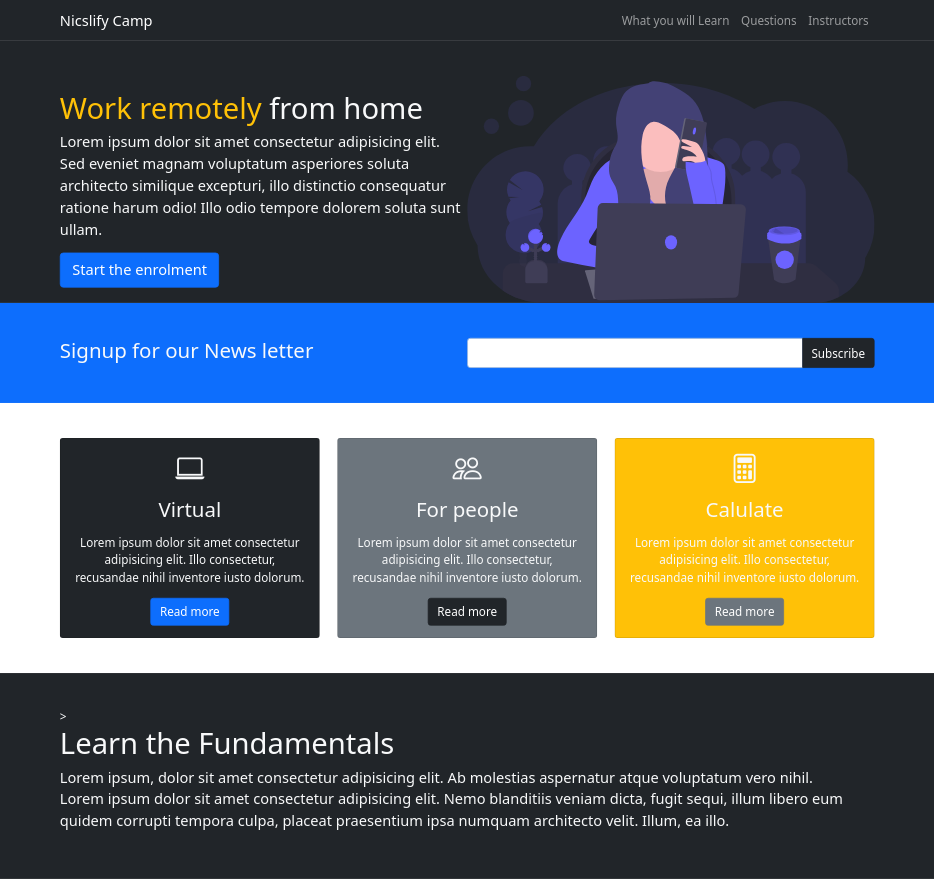
Repository: Eugene44-hub/enrollment-site
Page: index.html
An editor plug-in stored every save of this project. The page is shown before and after the next save, followed by the edit.
The browser window is 1280 px wide. The pictures show the whole page, at 73% of full size.
Some web libraries are served in a nearby version.

Above is the page before, as saved 2021-10-20 10:50:23.

### index.html
<!DOCTYPE html>
<html lang="en">

<head>
    <meta charset="UTF-8">
    <meta http-equiv="X-UA-Compatible" content="IE=edge">
    <meta name="viewport" content="width=device-width, initial-scale=1.0">
    <!-- CSS only -->
    <link href="https://cdn.jsdelivr.net/npm/bootstrap@5.1.3/dist/css/bootstrap.min.css" rel="stylesheet" integrity="sha384-1BmE4kWBq78iYhFldvKuhfTAU6auU8tT94WrHftjDbrCEXSU1oBoqyl2QvZ6jIW3" crossorigin="anonymous">
    <link rel="stylesheet" href="https://cdn.jsdelivr.net/npm/bootstrap-icons@1.6.1/font/bootstrap-icons.css">
    <link rel="stylesheet" href="style.css">
    <title>Bootstrap webpage</title>
</head>

<body>
    <!-- nav bar starts -->
    <nav class="navbar navbar-expand-md bg-dark navbar-dark">
        <div class="container">
            <a href="" class="navbar-brand">Nicslify Camp</a>

            <button class="navbar-toggler" type="button" data-bs-toggle='collapse' data-bs-target="#navmenu">
              <span class="navbar-toggler-icon"></span>
            </button>

            <div class="collapse navbar-collapse" id="navmenu">
                <ul class="navbar-nav ms-auto text-center text-sm-start">
                    <li class="nav-item">
                        <a href="#" class="nav-link">What you will Learn</a>
                    </li>
                    <li class="nav-item">
                        <a href="#" class="nav-link">Questions</a>
                    </li>
                    <li class="nav-item">
                        <a href="#" class="nav-link">Instructors</a>
                    </li>
                </ul>
            </div>
        </div>
    </nav>
    <!-- nav bar ends -->


    <!-- showCase starts -->
    <section class="bg-dark text-light text-center text-sm-start p-lg-0 pt-5 pb-5">
        <div class="container">
            <div class="d-md-flex pt-5 align-items-center">
                <div class="">
                    <div class="h1 "><span class="text-warning">Work remotely</span> from home</div>
                    <p class="lead">Lorem ipsum dolor sit amet consectetur adipisicing elit. Sed eveniet magnam voluptatum asperiores soluta architecto similique excepturi, illo distinctio consequatur ratione harum odio! Illo odio tempore dolorem soluta sunt ullam.</p>
                    <button class="btn btn-primary btn-lg ">Start the enrolment</button>
                </div>
                <img src="undraw_working_remotely_jh40.svg" class="image-fluid w-50 d-none d-md-block" alt="">
            </div>
        </div>
    </section>
    <!-- showCase ends -->

    <!-- signup starts -->
    <section class="bg-primary text-light p-5">
        <div class="container">
            <div class="d-md-flex justify-content-between">
                <p class="h3">Signup for our News letter</p>
                <div class="input-group" id="input-field">
                    <input type="text" class="form-control">
                    <button type="button" class="btn btn-dark">Subscribe</button>
                </div>
            </div>
        </div>
    </section>
    <!-- signup ends -->

    <!-- boxes starts -->
    <section class="my-5">
        <div class="container">
            <div class="row g-4">
                <div class="col-md">
                    <div class="card bg-dark text-center text-light ">
                        <div class="card-body">
                            <div class="h1 mb-3"><i class="bi bi-laptop"></i></div>
                            <div class="card-title h3 mb-3">Virtual</div>
                            <div class="card-text">
                                Lorem ipsum dolor sit amet consectetur adipisicing elit. Illo consectetur, recusandae nihil inventore iusto dolorum.
                            </div>
                            <a href="" class="btn btn-primary mt-3">Read more</a>
                        </div>
                    </div>


                </div>
                <div class="col-md">
                    <div class="card bg-secondary text-center text-light ">
                        <div class="card-body">
                            <div class="h1 mb-3"><i class="bi bi-people"></i></div>
                            <div class="card-title h3 mb-3">For people</div>
                            <div class="card-text">
                                Lorem ipsum dolor sit amet consectetur adipisicing elit. Illo consectetur, recusandae nihil inventore iusto dolorum.
                            </div>
                            <a href="" class="btn btn-dark mt-3">Read more</a>
                        </div>
                    </div>
                </div>
                <div class="col-md">
                    <div class="card bg-warning text-center text-light ">
                        <div class="card-body">
                            <div class="h1 mb-3"><i class="bi bi-calculator"></i></div>
                            <div class="card-title h3 mb-3">Calulate</div>
                            <div class="card-text">
                                Lorem ipsum dolor sit amet consectetur adipisicing elit. Illo consectetur, recusandae nihil inventore iusto dolorum.
                            </div>
                            <a href="" class="btn btn-secondary mt-3">Read more</a>
                        </div>
                    </div>
                </div>
            </div>
        </div>
    </section>
    <!-- boxes starts -->

    <!-- learn section starts -->
    <section class="bg-dark p-5 text-light ">
        <div class="container">
            <div class="row align-items-center">

                <div class="" <img src="frontend.svg" class="image-fluid w-50 col-md m-auto" alt=" ">></div>



                <div class="col-md mt-5 mt-md-0">
                    <h1>Learn the Fundamentals</h1>
                    <p class="lead">
                        Lorem ipsum, dolor sit amet consectetur adipisicing elit. Ab molestias aspernatur atque voluptatum vero nihil. <br> Lorem ipsum dolor sit amet consectetur adipisicing elit. Nemo blanditiis veniam dicta, fugit sequi, illum libero
                        eum quidem corrupti tempora culpa, placeat praesentium ipsa numquam architecto velit. Illum, ea illo.
                    </p>

                </div>
            </div>
        </div>
    </section>
    <!-- learn section ends -->
</body>
<!-- JavaScript Bundle with Popper -->
<script src="https://cdn.jsdelivr.net/npm/bootstrap@5.1.3/dist/js/bootstrap.bundle.min.js " integrity="sha384-ka7Sk0Gln4gmtz2MlQnikT1wXgYsOg+OMhuP+IlRH9sENBO0LRn5q+8nbTov4+1p " crossorigin="anonymous "></script>

</html>

### style.css
@media screen and (min-width:768px) {
    #input-field {
        width: 50%;
    }
}

After the next save:
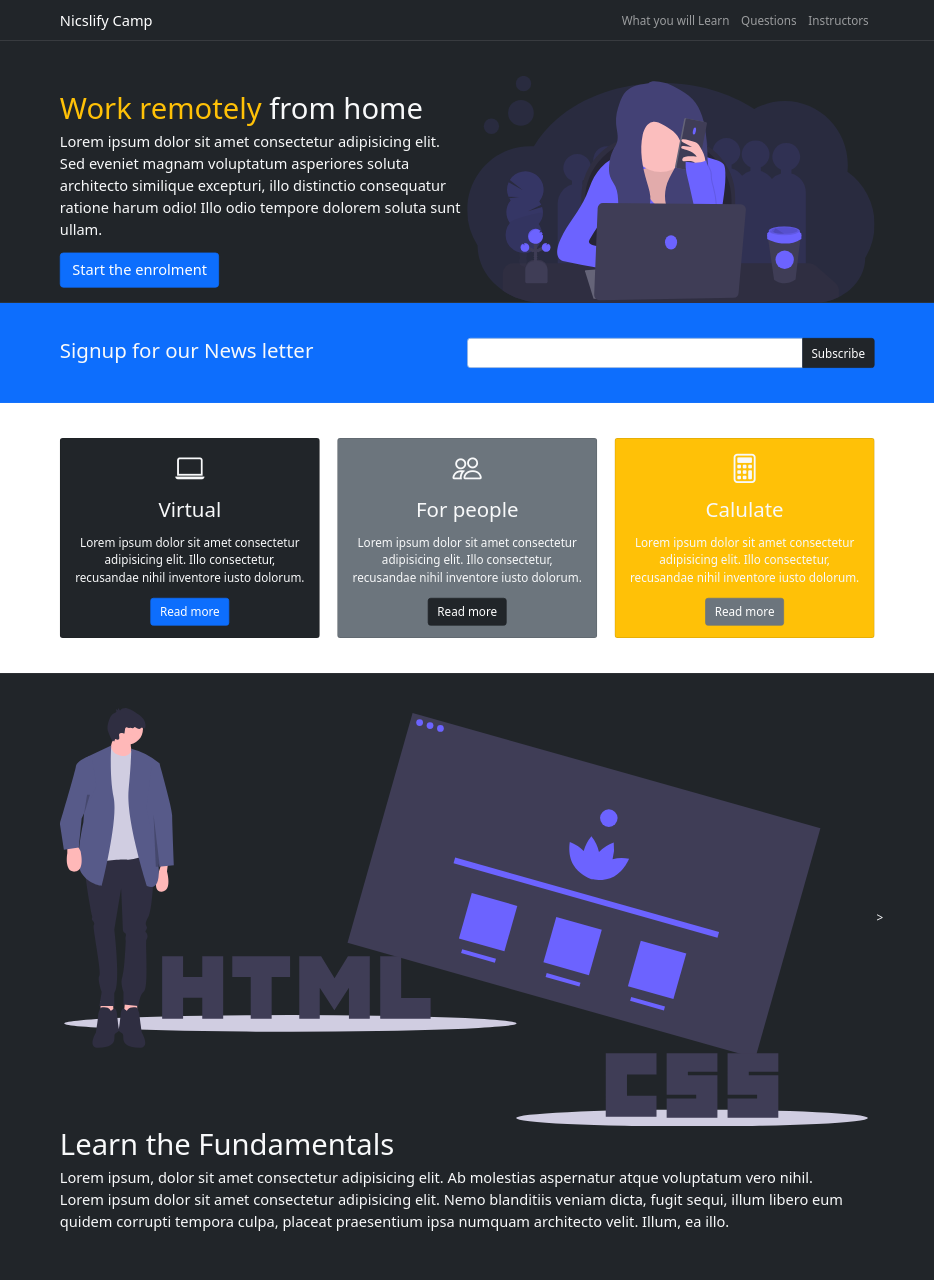
Saved 7 s later.
--- a/index.html
+++ b/index.html
@@ -121,19 +121,19 @@
         <div class="container">
             <div class="row align-items-center">
 
-                <div class="" <img src="frontend.svg" class="image-fluid w-50 col-md m-auto" alt=" ">></div>
+                <div class=""></div> <img src="frontend.svg" class="image-fluid w-50 col-md m-auto" alt=" ">></div>
 
 
 
-                <div class="col-md mt-5 mt-md-0">
-                    <h1>Learn the Fundamentals</h1>
-                    <p class="lead">
-                        Lorem ipsum, dolor sit amet consectetur adipisicing elit. Ab molestias aspernatur atque voluptatum vero nihil. <br> Lorem ipsum dolor sit amet consectetur adipisicing elit. Nemo blanditiis veniam dicta, fugit sequi, illum libero
-                        eum quidem corrupti tempora culpa, placeat praesentium ipsa numquam architecto velit. Illum, ea illo.
-                    </p>
+            <div class="col-md mt-5 mt-md-0">
+                <h1>Learn the Fundamentals</h1>
+                <p class="lead">
+                    Lorem ipsum, dolor sit amet consectetur adipisicing elit. Ab molestias aspernatur atque voluptatum vero nihil. <br> Lorem ipsum dolor sit amet consectetur adipisicing elit. Nemo blanditiis veniam dicta, fugit sequi, illum libero eum
+                    quidem corrupti tempora culpa, placeat praesentium ipsa numquam architecto velit. Illum, ea illo.
+                </p>
 
-                </div>
             </div>
+        </div>
         </div>
     </section>
     <!-- learn section ends -->
